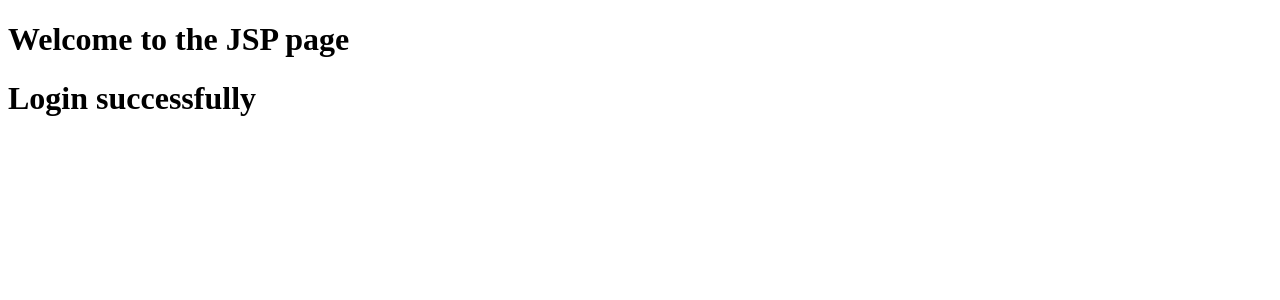
Repository: SNEHASHINDE26/JDBC
Page: http://localhost/LoginMVC/welcome.jsp
An editor plug-in stored every save of this project. The page is shown before and after the next save, followed by the edit.
The browser window is 1280 px wide. The pictures show the whole page.
The page is served by Tomcat 9.

Above is the page before, as saved 2024-01-16 14:35:20.

### eclipse-workspace/LoginMVC/src/main/webapp/welcome.jsp
<%@ page language="java" contentType="text/html; charset=ISO-8859-1"
    pageEncoding="ISO-8859-1"%>
<!DOCTYPE html>
<html>
<head>
<meta charset="ISO-8859-1">
<title>Welcome Page</title>
</head>
<body>
       <h1>Welcome to the JSP page</h1>
       <h1>Login successfully</h1>

</body>
</html>

After the next save:
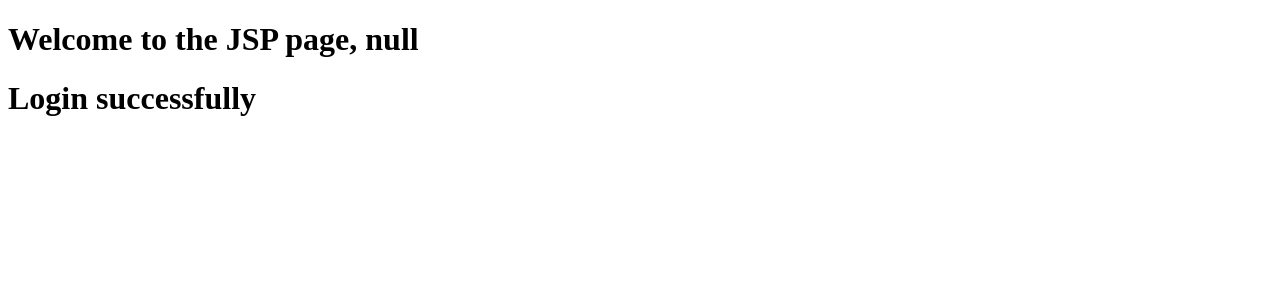
Saved 31 s later.
--- a/eclipse-workspace/LoginMVC/src/main/webapp/welcome.jsp
+++ b/eclipse-workspace/LoginMVC/src/main/webapp/welcome.jsp
@@ -7,7 +7,7 @@
 <title>Welcome Page</title>
 </head>
 <body>
-       <h1>Welcome to the JSP page</h1>
+       <h1>Welcome to the JSP page, <%= request.getAttribute("username") %></h1>
        <h1>Login successfully</h1>
 
 </body>
